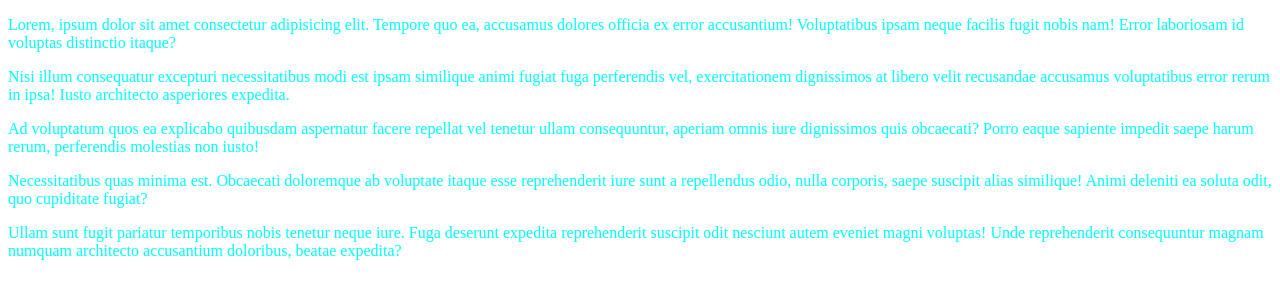
Repository: Filip-Husic/AW_frontend
Page: css1.html
The author's editor kept a copy of each file at every save. The page is drawn from the files as they stood at one save, then again after the next save.
The browser window is 1280 px wide. The pictures show the whole page.

Above is the page before, as saved 2022-11-23 15:32:33.

### css1.html
<!DOCTYPE html>
<html lang="en">

<head>
    <meta charset="UTF-8">
    <meta http-equiv="X-UA-Compatible" content="IE=edge">
    <meta name="viewport" content="width=device-width, initial-scale=1.0">
    <title>CSS - example 1</title>
    <style>
        /*
        CSS RULE
        selector {
            property1: value1;
            property2: value2;
            property3: value3;
        }
        */

        /*
        tag selector
        */
        p{
            color: aqua;
        }

    </style>
</head>

<body>
    <p>Lorem, ipsum dolor sit amet consectetur adipisicing elit. Tempore quo ea, accusamus dolores officia ex error
        accusantium! Voluptatibus ipsam neque facilis fugit nobis nam! Error laboriosam id voluptas distinctio itaque?
    </p>
    <p>Nisi illum consequatur excepturi necessitatibus modi est ipsam similique animi fugiat fuga perferendis vel,
        exercitationem dignissimos at libero velit recusandae accusamus voluptatibus error rerum in ipsa! Iusto
        architecto asperiores expedita.</p>
    <p>Ad voluptatum quos ea explicabo quibusdam aspernatur facere repellat vel tenetur ullam consequuntur, aperiam
        omnis iure dignissimos quis obcaecati? Porro eaque sapiente impedit saepe harum rerum, perferendis molestias non
        iusto!</p>
    <p>Necessitatibus quas minima est. Obcaecati doloremque ab voluptate itaque esse reprehenderit iure sunt a
        repellendus odio, nulla corporis, saepe suscipit alias similique! Animi deleniti ea soluta odit, quo cupiditate
        fugiat?</p>
    <p>Ullam sunt fugit pariatur temporibus nobis tenetur neque iure. Fuga deserunt expedita reprehenderit suscipit odit
        nesciunt autem eveniet magni voluptas! Unde reprehenderit consequuntur magnam numquam architecto accusantium
        doloribus, beatae expedita?</p>

</body>

</html>

After the next save:
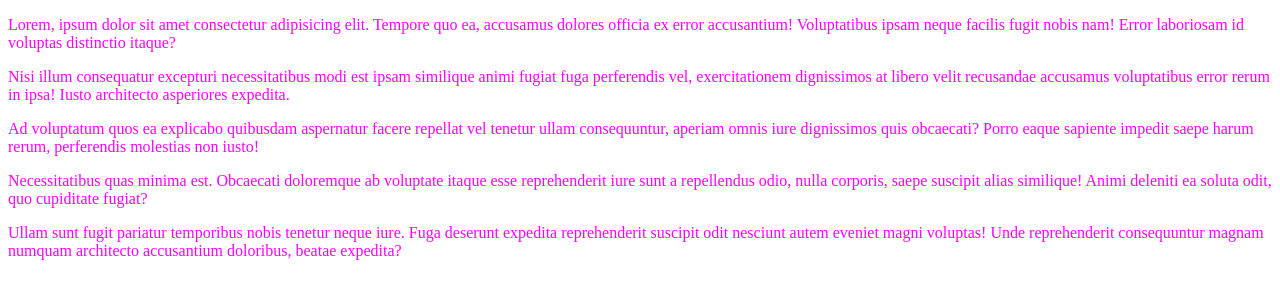
Saved 6 s later.
--- a/css1.html
+++ b/css1.html
@@ -20,7 +20,7 @@
         tag selector
         */
         p{
-            color: aqua;
+            color: magenta;
         }
 
     </style>
